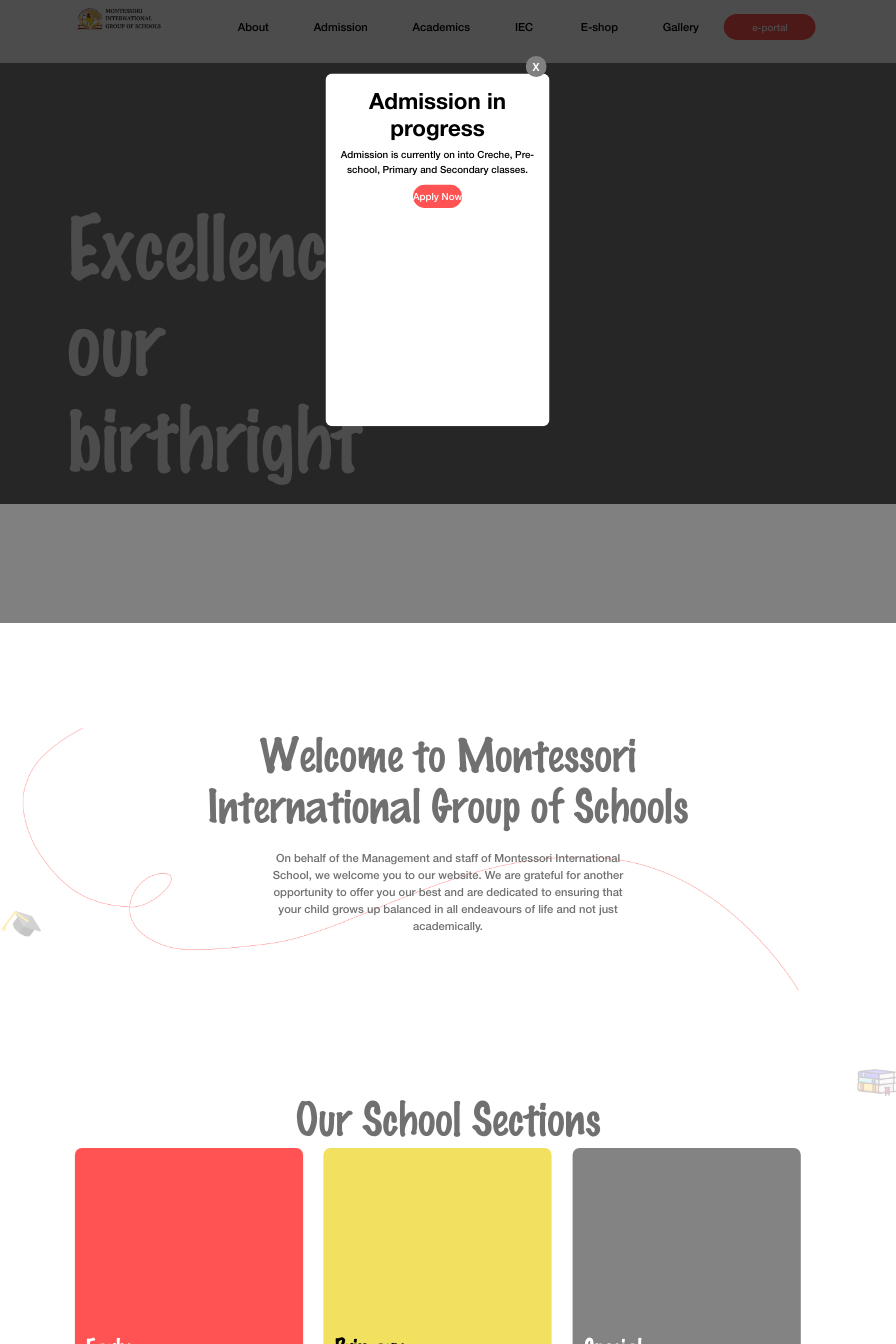
Repository: sarahnnanyelugo/MIGS
Page: /
An editor plug-in stored every save of this project. The page is shown before and after the next save, followed by the edit.
The browser window is 1280 px wide. The pictures show the part of the page from y = 0 to 1920 px (the page is 6410 px tall), at 70% of full size.
The project was rebuilt for these pictures with package versions that can differ from the ones it lists, and the page was loaded fresh each time.

Above is the page before, as saved 2023-05-30 22:10:03.

After the next save:
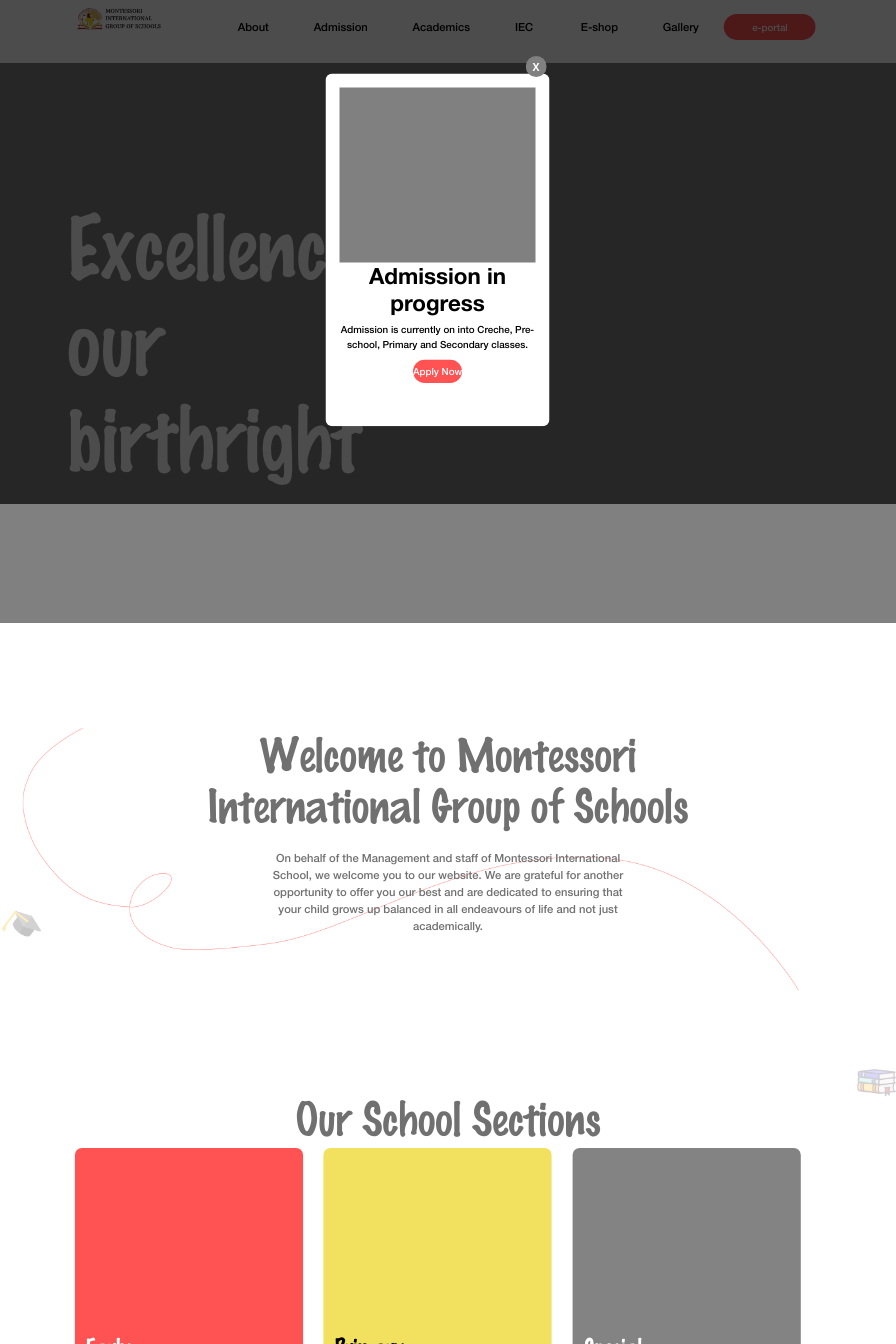
Saved 40 s later.
--- a/src/components/AppModal/_app-modal.scss
+++ b/src/components/AppModal/_app-modal.scss
@@ -82,6 +82,10 @@
           h2 {
             font-family: helveticaB;
           }
+        }
+        .img-div {
+          height: 250px;
+          background: grey;
         }
       }
       + .content {
